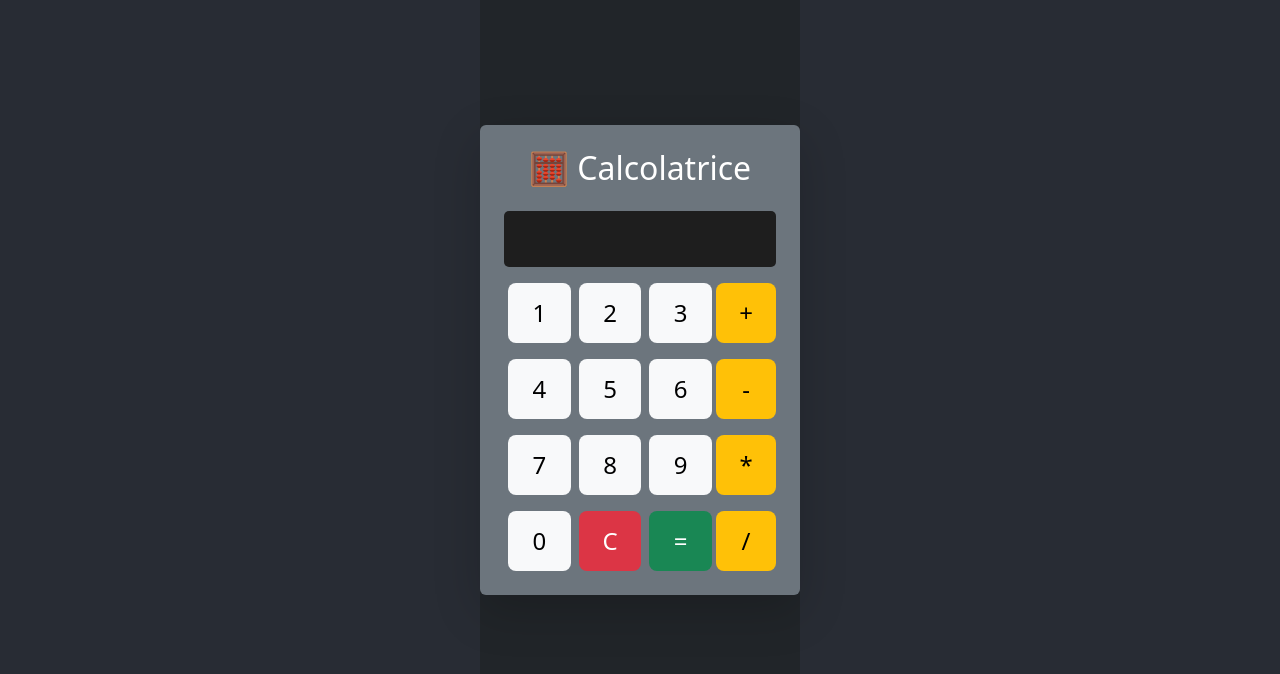
Repository: Probyte5D/Calcolatrice-FullStack
Page: /calculator (app in frontend/)
An editor plug-in stored every save of this project. The page is shown before and after the next save, followed by the edit.
The browser window is 1280 px wide. The pictures show the whole page.
The project was rebuilt for these pictures with package versions that can differ from the ones it lists, and the page was loaded fresh each time.

Above is the page before, as saved 2025-04-19 16:41:20.

### frontend/src/index.js
import React from 'react';
import ReactDOM from 'react-dom/client';
import './index.css';
import App from './App';

import 'bootstrap/dist/css/bootstrap.min.css';


const root = ReactDOM.createRoot(document.getElementById('root'));
root.render(
  <React.StrictMode>
    <App />
  </React.StrictMode>
);

### frontend/src/App.js
import React from 'react';
import './App.css';
import Calculator from './components/Calculator'; // Assicurati che il percorso sia corretto

function App() {
  return (
    <div className="App">
      <header className="App-header">
        <Calculator /> {/* Qui renderizzi il componente Calculator */}
      </header>
    </div>
  );
}

export default App;

### frontend/src/components/Calculator.js
import React, { useState } from 'react';
import './Calculator.css'; // Per aggiungere stile extra se vuoi

function Calculator() {
    const [display, setDisplay] = useState('');
    const [error, setError] = useState('');

    const appendNumber = (num) => setDisplay(display + num);
    const appendOperator = (op) => setDisplay(display + op);

    const clearDisplay = () => {
        setDisplay('');
        setError('');
    };

    const calculate = () => {
        const match = display.match(/(\d+)([+\-*/])(\d+)/);
        if (!match) {
            setError('Espressione non valida');
            return;
        }

        const op1 = parseFloat(match[1]);
        const operator = match[2];
        const op2 = parseFloat(match[3]);

        fetch("http://localhost:8080/api/calculator/calculate", {
            method: "POST",
            headers: { "Content-Type": "application/json" },
            body: JSON.stringify({ op1, op2, operator })
        })
            .then(response => response.json())
            .then(result => {
                setDisplay(result.toString());
                setError('');
            })
            .catch(error => {
                setError("Errore: " + error.message);
            });
    };

    return (
        <div className="d-flex justify-content-center align-items-center vh-100 bg-dark text-white">
            <div className="calculator bg-secondary p-4 rounded shadow-lg" style={{ width: '320px' }}>
                <h2 className="text-center mb-4">🧮 Calcolatrice</h2>
                {error && <div className="alert alert-danger">{error}</div>}
                <input type="text" value={display} readOnly className="form-control mb-3 fs-4 text-end" />
                <div className="d-grid gap-2">
                    <div className="d-flex justify-content-between mb-2">
                        {[1, 2, 3].map(n => (
                            <button key={n} className="btn btn-light flex-fill mx-1" onClick={() => appendNumber(n.toString())}>{n}</button>
                        ))}
                        <button className="btn btn-warning" onClick={() => appendOperator('+')}>+</button>
                    </div>
                    <div className="d-flex justify-content-between mb-2">
                        {[4, 5, 6].map(n => (
                            <button key={n} className="btn btn-light flex-fill mx-1" onClick={() => appendNumber(n.toString())}>{n}</button>
                        ))}
                        <button className="btn btn-warning" onClick={() => appendOperator('-')}>-</button>
                    </div>
                    <div className="d-flex justify-content-between mb-2">
                        {[7, 8, 9].map(n => (
                            <button key={n} className="btn btn-light flex-fill mx-1" onClick={() => appendNumber(n.toString())}>{n}</button>
                        ))}
                        <button className="btn btn-warning" onClick={() => appendOperator('*')}>*</button>
                    </div>
                    <div className="d-flex justify-content-between">
                        <button className="btn btn-light flex-fill mx-1" onClick={() => appendNumber('0')}>0</button>
                        <button className="btn btn-danger flex-fill mx-1" onClick={clearDisplay}>C</button>
                        <button className="btn btn-success flex-fill mx-1" onClick={calculate}>=</button>
                        <button className="btn btn-warning" onClick={() => appendOperator('/')}>/</button>
                    </div>
                </div>
            </div>
        </div>
    );
}

export default Calculator;

### frontend/src/components/Calculator.css
/* Calculator.css */

/* Stile principale della calcolatrice */
.calculator {
  background-color: #2d2d2d; /* Sfondo scuro */
  border-radius: 10px;
  padding: 20px;
  box-shadow: 0 4px 10px rgba(0, 0, 0, 0.3);
}

/* Colore del display (campo di input) */
.calculator input {
  background-color: #1e1e1e;
  color: #fff;
  font-size: 2rem;
  border: none;
  border-radius: 5px;
  padding: 10px;
  text-align: right;
}

/* Stile per i pulsanti */
.btn {
  font-size: 1.2rem;
  font-weight: bold;
  border-radius: 5px;
  transition: all 0.3s ease;
}

.btn-light {
  background-color: #3a3a3a;
  color: #fff;
}

.btn-light:hover {
  background-color: #575757;
}

.btn-warning {
  background-color: #f39c12;
  color: #fff;
}

.btn-warning:hover {
  background-color: #e67e22;
}

.btn-danger {
  background-color: #e74c3c;
  color: #fff;
}

.btn-danger:hover {
  background-color: #c0392b;
}

.btn-success {
  background-color: #2ecc71;
  color: #fff;
}

.btn-success:hover {
  background-color: #27ae60;
}

/* Layout dei tasti con uno spazio tra di loro */
.d-grid {
  gap: 10px;
}

/* Pulsanti di numeri e operatori */
.d-flex button {
  width: 60px;
  height: 60px;
  font-size: 1.5rem;
  border-radius: 8px;
  border: 2px solid transparent;
}

.d-flex button:active {
  transform: scale(0.95);
}

/* Colore dell'errore */
.alert-danger {
  background-color: #e74c3c;
  color: #fff;
  font-weight: bold;
}

/* Effetto hover sui tasti */
.d-flex button:hover {
  transform: scale(1.1);
  box-shadow: 0 2px 5px rgba(0, 0, 0, 0.2);
}

Loaded but not shown: frontend/public/index.html (common file); frontend/src/index.css (common file); frontend/src/App.css (common file)

After the next save:
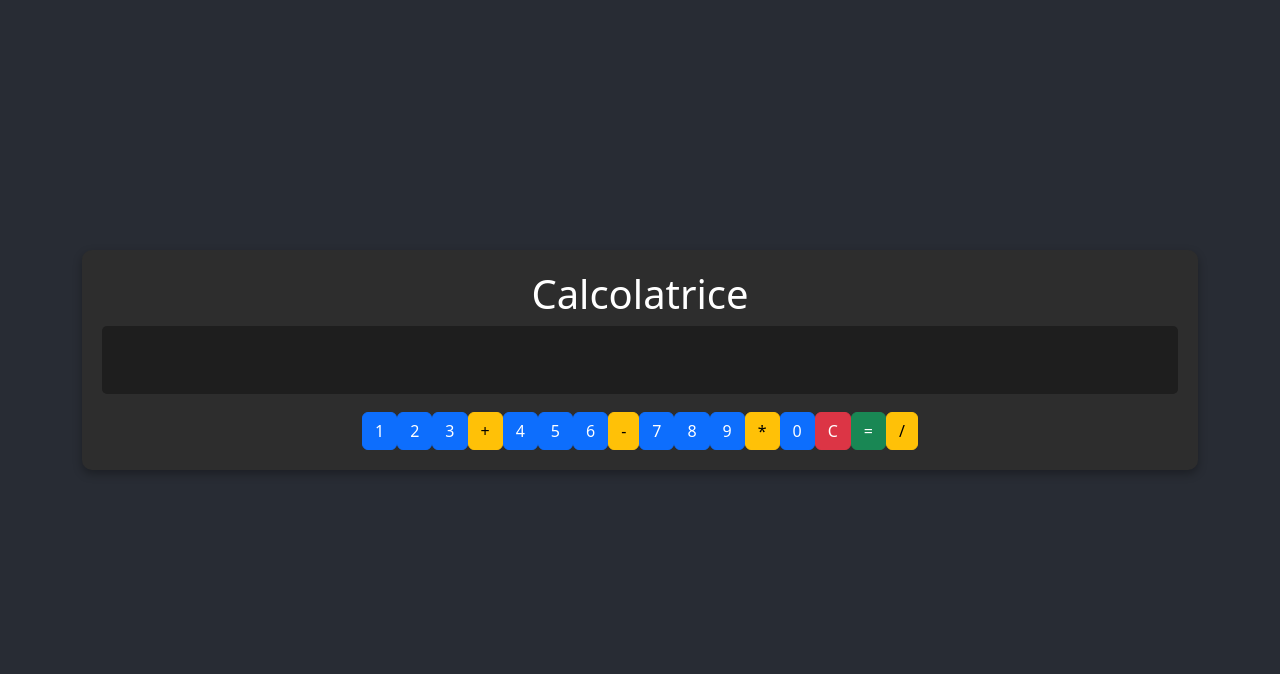
Saved 62 s later.
--- a/frontend/src/components/Calculator.js
+++ b/frontend/src/components/Calculator.js
@@ -2,78 +2,74 @@
 import './Calculator.css'; // Per aggiungere stile extra se vuoi
 
 function Calculator() {
-    const [display, setDisplay] = useState('');
-    const [error, setError] = useState('');
+  const [display, setDisplay] = useState('');
+  const [error, setError] = useState('');
 
-    const appendNumber = (num) => setDisplay(display + num);
-    const appendOperator = (op) => setDisplay(display + op);
+  const appendNumber = (num) => {
+    setDisplay(display + num);
+  };
 
-    const clearDisplay = () => {
-        setDisplay('');
-        setError('');
-    };
+  const appendOperator = (op) => {
+    setDisplay(display + op);
+  };
 
-    const calculate = () => {
-        const match = display.match(/(\d+)([+\-*/])(\d+)/);
-        if (!match) {
-            setError('Espressione non valida');
-            return;
-        }
+  const clearDisplay = () => {
+    setDisplay('');
+    setError('');
+  };
 
-        const op1 = parseFloat(match[1]);
-        const operator = match[2];
-        const op2 = parseFloat(match[3]);
+  const calculate = () => {
+    const match = display.match(/(\d+)([+\-*/])(\d+)/);
+    if (!match) {
+      setError('Espressione non valida');
+      return;
+    }
 
-        fetch("http://localhost:8080/api/calculator/calculate", {
-            method: "POST",
-            headers: { "Content-Type": "application/json" },
-            body: JSON.stringify({ op1, op2, operator })
-        })
-            .then(response => response.json())
-            .then(result => {
-                setDisplay(result.toString());
-                setError('');
-            })
-            .catch(error => {
-                setError("Errore: " + error.message);
-            });
-    };
+    const op1 = parseFloat(match[1]);
+    const operator = match[2];
+    const op2 = parseFloat(match[3]);
 
-    return (
-        <div className="d-flex justify-content-center align-items-center vh-100 bg-dark text-white">
-            <div className="calculator bg-secondary p-4 rounded shadow-lg" style={{ width: '320px' }}>
-                <h2 className="text-center mb-4">🧮 Calcolatrice</h2>
-                {error && <div className="alert alert-danger">{error}</div>}
-                <input type="text" value={display} readOnly className="form-control mb-3 fs-4 text-end" />
-                <div className="d-grid gap-2">
-                    <div className="d-flex justify-content-between mb-2">
-                        {[1, 2, 3].map(n => (
-                            <button key={n} className="btn btn-light flex-fill mx-1" onClick={() => appendNumber(n.toString())}>{n}</button>
-                        ))}
-                        <button className="btn btn-warning" onClick={() => appendOperator('+')}>+</button>
-                    </div>
-                    <div className="d-flex justify-content-between mb-2">
-                        {[4, 5, 6].map(n => (
-                            <button key={n} className="btn btn-light flex-fill mx-1" onClick={() => appendNumber(n.toString())}>{n}</button>
-                        ))}
-                        <button className="btn btn-warning" onClick={() => appendOperator('-')}>-</button>
-                    </div>
-                    <div className="d-flex justify-content-between mb-2">
-                        {[7, 8, 9].map(n => (
-                            <button key={n} className="btn btn-light flex-fill mx-1" onClick={() => appendNumber(n.toString())}>{n}</button>
-                        ))}
-                        <button className="btn btn-warning" onClick={() => appendOperator('*')}>*</button>
-                    </div>
-                    <div className="d-flex justify-content-between">
-                        <button className="btn btn-light flex-fill mx-1" onClick={() => appendNumber('0')}>0</button>
-                        <button className="btn btn-danger flex-fill mx-1" onClick={clearDisplay}>C</button>
-                        <button className="btn btn-success flex-fill mx-1" onClick={calculate}>=</button>
-                        <button className="btn btn-warning" onClick={() => appendOperator('/')}>/</button>
-                    </div>
-                </div>
-            </div>
+    fetch("http://localhost:8080/api/calculator/calculate", {
+      method: "POST",
+      headers: { "Content-Type": "application/json" },
+      body: JSON.stringify({ op1, op2, operator })
+    })
+    .then(response => response.json())
+    .then(result => {
+      setDisplay(result.toString());
+    })
+    .catch(error => {
+      setError("Errore: " + error.message);
+    });
+  };
+
+  return (
+    <div className="container">
+      <div className="calculator">
+        <h1>Calcolatrice</h1>
+        {error && <div className="alert alert-danger">{error}</div>}
+        <input type="text" value={display} readOnly className="form-control" />
+        <div className="buttons mt-3">
+          <button className="btn btn-primary" onClick={() => appendNumber('1')}>1</button>
+          <button className="btn btn-primary" onClick={() => appendNumber('2')}>2</button>
+          <button className="btn btn-primary" onClick={() => appendNumber('3')}>3</button>
+          <button className="btn btn-warning" onClick={() => appendOperator('+')}>+</button>
+          <button className="btn btn-primary" onClick={() => appendNumber('4')}>4</button>
+          <button className="btn btn-primary" onClick={() => appendNumber('5')}>5</button>
+          <button className="btn btn-primary" onClick={() => appendNumber('6')}>6</button>
+          <button className="btn btn-warning" onClick={() => appendOperator('-')}>-</button>
+          <button className="btn btn-primary" onClick={() => appendNumber('7')}>7</button>
+          <button className="btn btn-primary" onClick={() => appendNumber('8')}>8</button>
+          <button className="btn btn-primary" onClick={() => appendNumber('9')}>9</button>
+          <button className="btn btn-warning" onClick={() => appendOperator('*')}>*</button>
+          <button className="btn btn-primary" onClick={() => appendNumber('0')}>0</button>
+          <button className="btn btn-danger" onClick={clearDisplay}>C</button>
+          <button className="btn btn-success" onClick={calculate}>=</button>
+          <button className="btn btn-warning" onClick={() => appendOperator('/')}>/</button>
         </div>
-    );
+      </div>
+    </div>
+  );
 }
 
 export default Calculator;

After the save that followed:
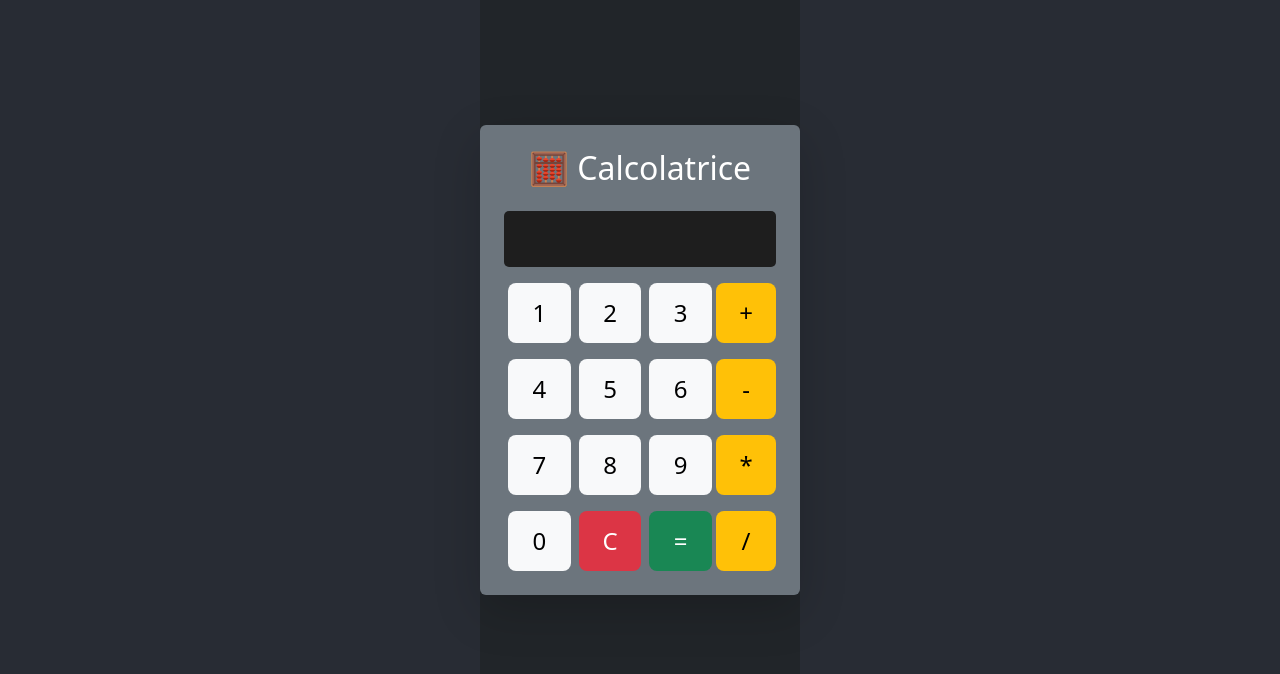
Saved 12 s later.
--- a/frontend/src/components/Calculator.js
+++ b/frontend/src/components/Calculator.js
@@ -2,74 +2,78 @@
 import './Calculator.css'; // Per aggiungere stile extra se vuoi
 
 function Calculator() {
-  const [display, setDisplay] = useState('');
-  const [error, setError] = useState('');
+    const [display, setDisplay] = useState('');
+    const [error, setError] = useState('');
 
-  const appendNumber = (num) => {
-    setDisplay(display + num);
-  };
+    const appendNumber = (num) => setDisplay(display + num);
+    const appendOperator = (op) => setDisplay(display + op);
 
-  const appendOperator = (op) => {
-    setDisplay(display + op);
-  };
+    const clearDisplay = () => {
+        setDisplay('');
+        setError('');
+    };
 
-  const clearDisplay = () => {
-    setDisplay('');
-    setError('');
-  };
+    const calculate = () => {
+        const match = display.match(/(\d+)([+\-*/])(\d+)/);
+        if (!match) {
+            setError('Espressione non valida');
+            return;
+        }
 
-  const calculate = () => {
-    const match = display.match(/(\d+)([+\-*/])(\d+)/);
-    if (!match) {
-      setError('Espressione non valida');
-      return;
-    }
+        const op1 = parseFloat(match[1]);
+        const operator = match[2];
+        const op2 = parseFloat(match[3]);
 
-    const op1 = parseFloat(match[1]);
-    const operator = match[2];
-    const op2 = parseFloat(match[3]);
+        fetch("http://localhost:8080/api/calculator/calculate", {
+            method: "POST",
+            headers: { "Content-Type": "application/json" },
+            body: JSON.stringify({ op1, op2, operator })
+        })
+            .then(response => response.json())
+            .then(result => {
+                setDisplay(result.toString());
+                setError('');
+            })
+            .catch(error => {
+                setError("Errore: " + error.message);
+            });
+    };
 
-    fetch("http://localhost:8080/api/calculator/calculate", {
-      method: "POST",
-      headers: { "Content-Type": "application/json" },
-      body: JSON.stringify({ op1, op2, operator })
-    })
-    .then(response => response.json())
-    .then(result => {
-      setDisplay(result.toString());
-    })
-    .catch(error => {
-      setError("Errore: " + error.message);
-    });
-  };
-
-  return (
-    <div className="container">
-      <div className="calculator">
-        <h1>Calcolatrice</h1>
-        {error && <div className="alert alert-danger">{error}</div>}
-        <input type="text" value={display} readOnly className="form-control" />
-        <div className="buttons mt-3">
-          <button className="btn btn-primary" onClick={() => appendNumber('1')}>1</button>
-          <button className="btn btn-primary" onClick={() => appendNumber('2')}>2</button>
-          <button className="btn btn-primary" onClick={() => appendNumber('3')}>3</button>
-          <button className="btn btn-warning" onClick={() => appendOperator('+')}>+</button>
-          <button className="btn btn-primary" onClick={() => appendNumber('4')}>4</button>
-          <button className="btn btn-primary" onClick={() => appendNumber('5')}>5</button>
-          <button className="btn btn-primary" onClick={() => appendNumber('6')}>6</button>
-          <button className="btn btn-warning" onClick={() => appendOperator('-')}>-</button>
-          <button className="btn btn-primary" onClick={() => appendNumber('7')}>7</button>
-          <button className="btn btn-primary" onClick={() => appendNumber('8')}>8</button>
-          <button className="btn btn-primary" onClick={() => appendNumber('9')}>9</button>
-          <button className="btn btn-warning" onClick={() => appendOperator('*')}>*</button>
-          <button className="btn btn-primary" onClick={() => appendNumber('0')}>0</button>
-          <button className="btn btn-danger" onClick={clearDisplay}>C</button>
-          <button className="btn btn-success" onClick={calculate}>=</button>
-          <button className="btn btn-warning" onClick={() => appendOperator('/')}>/</button>
+    return (
+        <div className="d-flex justify-content-center align-items-center vh-100 bg-dark text-white">
+            <div className="calculator bg-secondary p-4 rounded shadow-lg" style={{ width: '320px' }}>
+                <h2 className="text-center mb-4">🧮 Calcolatrice</h2>
+                {error && <div className="alert alert-danger">{error}</div>}
+                <input type="text" value={display} readOnly className="form-control mb-3 fs-4 text-end" />
+                <div className="d-grid gap-2">
+                    <div className="d-flex justify-content-between mb-2">
+                        {[1, 2, 3].map(n => (
+                            <button key={n} className="btn btn-light flex-fill mx-1" onClick={() => appendNumber(n.toString())}>{n}</button>
+                        ))}
+                        <button className="btn btn-warning" onClick={() => appendOperator('+')}>+</button>
+                    </div>
+                    <div className="d-flex justify-content-between mb-2">
+                        {[4, 5, 6].map(n => (
+                            <button key={n} className="btn btn-light flex-fill mx-1" onClick={() => appendNumber(n.toString())}>{n}</button>
+                        ))}
+                        <button className="btn btn-warning" onClick={() => appendOperator('-')}>-</button>
+                    </div>
+                    <div className="d-flex justify-content-between mb-2">
+                        {[7, 8, 9].map(n => (
+                            <button key={n} className="btn btn-light flex-fill mx-1" onClick={() => appendNumber(n.toString())}>{n}</button>
+                        ))}
+                        <button className="btn btn-warning" onClick={() => appendOperator('*')}>*</button>
+                    </div>
+                    <div className="d-flex justify-content-between">
+                        <button className="btn btn-light flex-fill mx-1" onClick={() => appendNumber('0')}>0</button>
+                        <button className="btn btn-danger flex-fill mx-1" onClick={clearDisplay}>C</button>
+                        <button className="btn btn-success flex-fill mx-1" onClick={calculate}>=</button>
+                        <button className="btn btn-warning" onClick={() => appendOperator('/')}>/</button>
+                    </div>
+                </div>
+            </div>
         </div>
-      </div>
-    </div>
-  );
+    );
 }
 
 export default Calculator;
